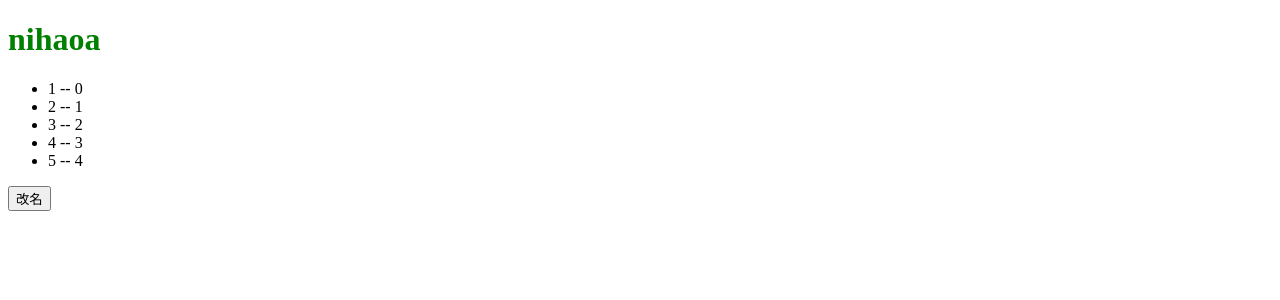
Repository: zgw88/vite-svelte
Page: /
An editor plug-in stored every save of this project. The page is shown before and after the next save, followed by the edit.
The browser window is 1280 px wide. The pictures show the whole page.
The project was rebuilt for these pictures with package versions that can differ from the ones it lists, and the page was loaded fresh each time. Also part of the build but not shown: vite.config.js, src/app.css.

Above is the page before, as saved 2022-08-08 16:58:01.

### src/App.svelte
<script>
  let name = 'nihaoa'
  let a = 111
  let b = 222
  let el1 = `<h1> ${name} </h1>`
  let color = 'pink'
  let foo = true
  let state = true
  let list = ['1',2,3,4,5]
  setTimeout(() =>{
    color = 'green'
    foo = false
    state = false
  },1000)

  const handleClick = () =>{
    name = 'henbuhao'
  }
</script>


<!-- <div title={name}>sss</div>
<div>hello {name}</div>
<span>{a} + {b} = {a + b}</span> -->
<!-- <div style="color: {color}">{@html el1}</div> -->
<!-- <div class:active={foo}>{@html el1}</div> -->
{#if state}
  <div style="color: {color}">{@html el1}</div>
{:else}
  <div style="color: {color}">{@html el1}</div>
{/if}
<ul>
  {#each list as item,index}
    <li>{`${item} -- ${index}`}</li>
  {/each}
</ul>
<button on:click={handleClick}>改名</button>


<style>
  .active{
    color: red;
  }
</style>

Loaded but not shown: index.html (common file); src/main.js (common file)

After the next save:
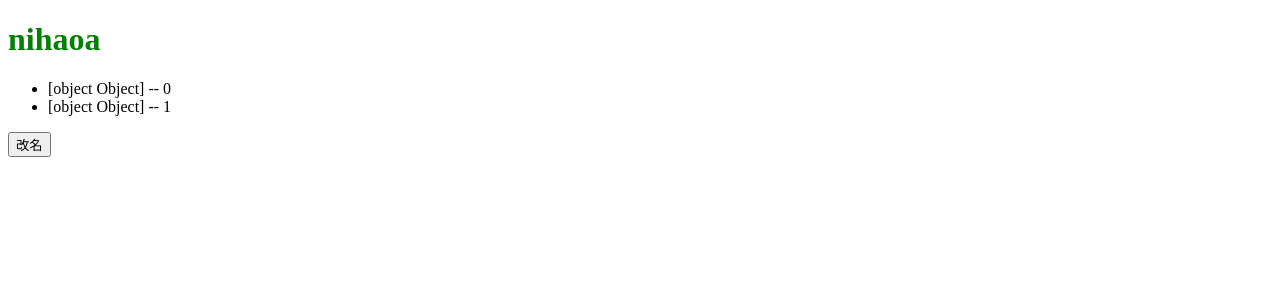
Saved 50 s later.
--- a/src/App.svelte
+++ b/src/App.svelte
@@ -6,7 +6,11 @@
   let color = 'pink'
   let foo = true
   let state = true
-  let list = ['1',2,3,4,5]
+  // let list = ['1',2,3,4,5]
+  let list = [
+    {name: 'hhhh'},
+    {name: 'cccc'}
+  ]
   setTimeout(() =>{
     color = 'green'
     foo = false
